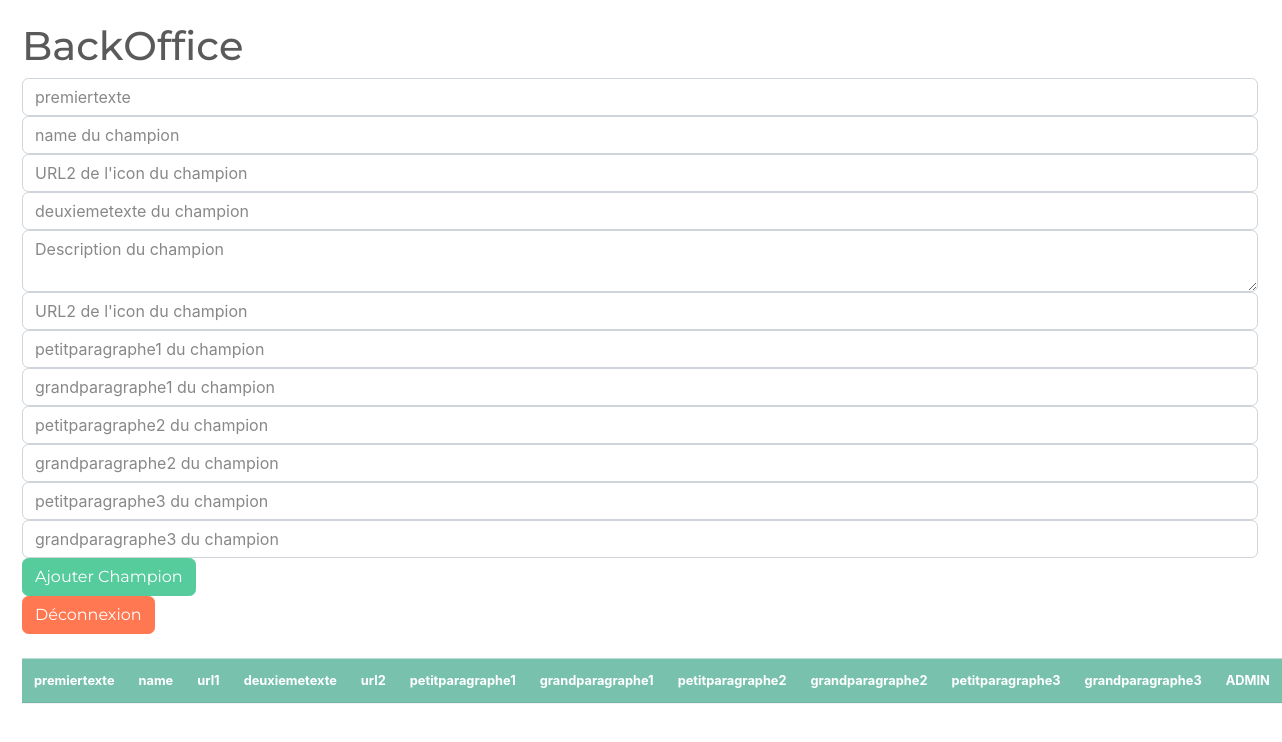
Repository: AdilGHAZAL/MosaiqueWebdoc
Page: /backoffice
These files come from the project's save history. The page is drawn as it stood at one moment and after the next save; the edit follows.
The browser window is 1280 px wide. The page is 1282 px wide, so the pictures cover 1282 px, including what lies to the right of the window. The pictures show the whole page.
The page's requests for data from a server got no answer. Some web fonts or font styles are not loaded; a fallback is used. Some web libraries are served in a nearby version. The project was rebuilt for these pictures with package versions that can differ from the ones it lists, and the page was loaded fresh each time. No one was signed in, and anything a server would have sent is missing. Also part of the build but not shown: vite.config.js, src/App.css, src/components/Navbar.css, src/components/Navbar.jsx, src/components/Athletes.css, src/components/Athletes.jsx, src/components/Athletes2.jsx, src/components/Athletes3.jsx and 18 more.

Above is the page before, as saved 2024-05-02 19:02:52.

After the next save:
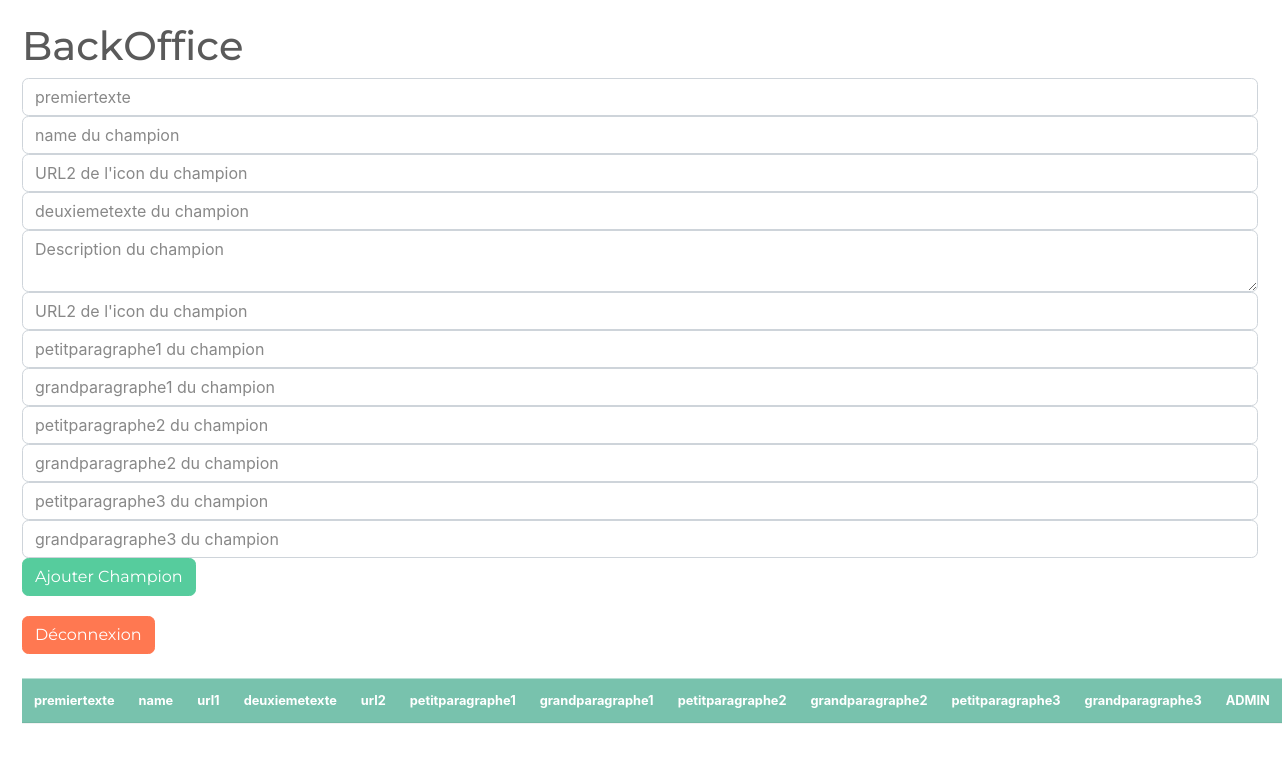
Saved 52 s later.
--- a/src/backoffice.jsx
+++ b/src/backoffice.jsx
@@ -162,7 +162,7 @@ export default function MainView() {
     <>
     <div style={{width:'100vw', padding:"22px"}}>
       <h1>BackOffice</h1>
-      <form onSubmit={editingChampionId ? handleUpdateChampion : handleAddChampion}>
+      <form style={{marginBottom:"20px"}} onSubmit={editingChampionId ? handleUpdateChampion : handleAddChampion}>
         <input className='form-control' type="text" name="premiertexte" value={championData.premiertexte} onChange={handleInputChange} placeholder="premiertexte" required />
         <input className='form-control' type="text" name="name" value={championData.name} onChange={handleInputChange} placeholder="name du champion" required />
         <input className='form-control' type="url" name="url1" value={championData.url1} onChange={handleInputChange} placeholder="URL2 de l'icon du champion" required />
